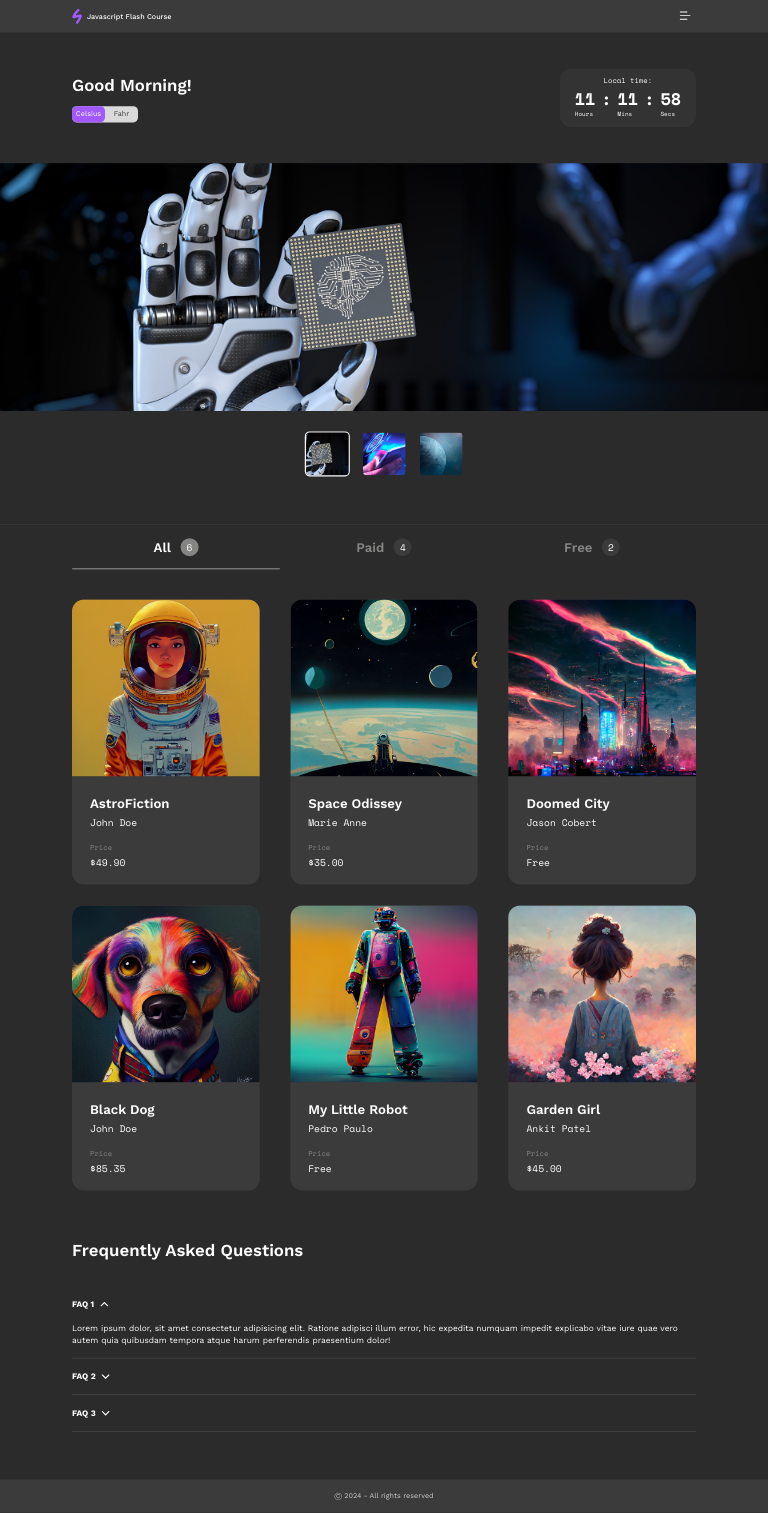
Repository: GettieSirma/JAVASCRIPT-TEST
Page: index.html
These files come from the project's save history. The page is drawn as it stood at one moment and after the next save; the edit follows.
The browser window is 1280 px wide. The pictures show the whole page, at 60% of full size.

Above is the page before, as saved 2024-04-26 10:40:10.

After the next save:
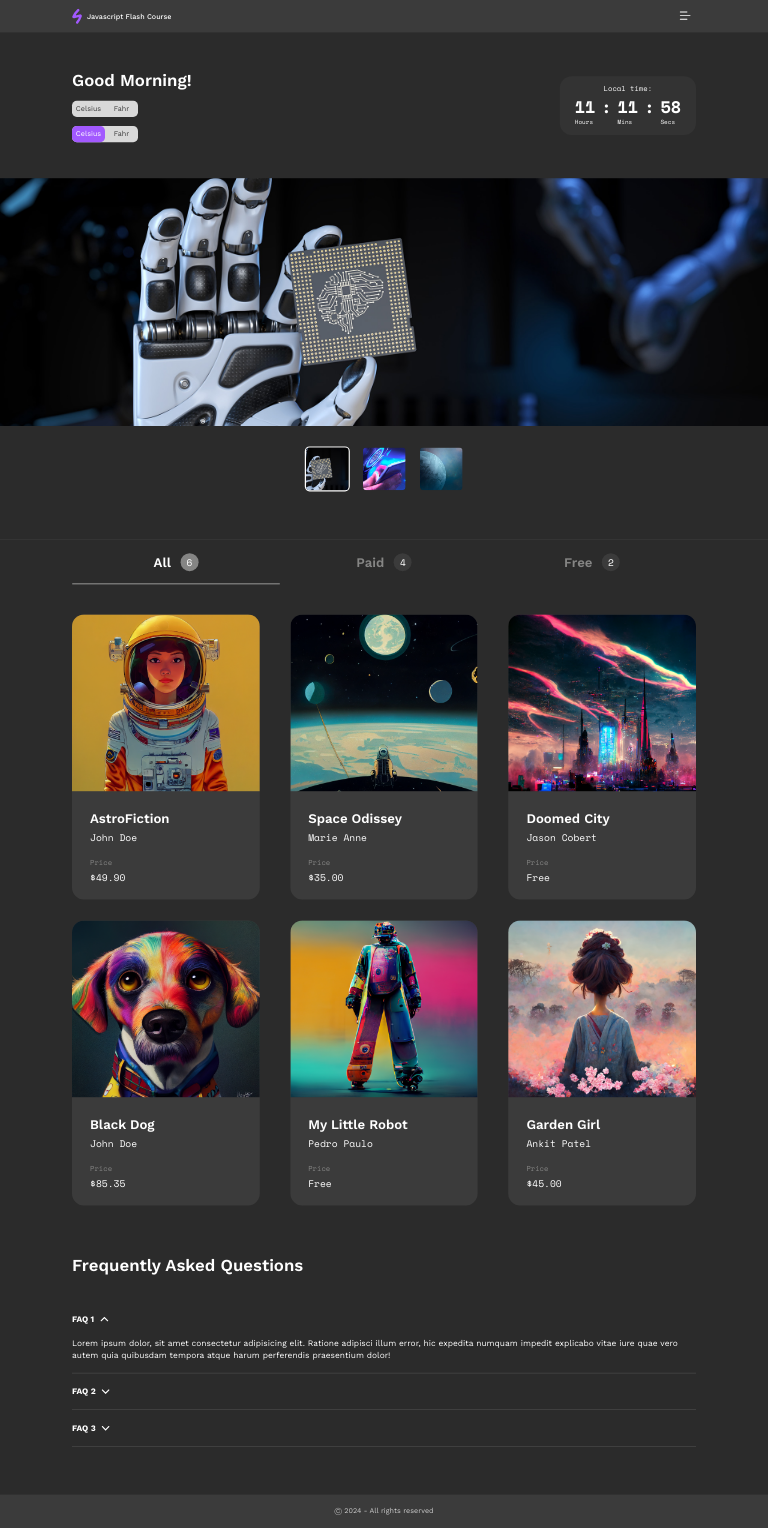
Saved 16 min 58 s later.
--- a/index.html
+++ b/index.html
@@ -110,7 +110,14 @@
         <section id="home" class="container greeting-section">
             <div class="left-side">
                 <h1 id="greeting">Good Afternoon!</h1>
-
+                <div id="weather"></div>
+
+                <div class="weather-group">
+                    <input type="radio" checked="true" id="celsius" name="temperature" />
+                    <label for="celsius">Celsius</label>
+                    <input type="radio" id="fahr" name="temperature" />
+                    <label for="fahr">Fahr</label>
+                </div>
                 <div class="weather-group">
                     <input type="radio" checked="true" id="celsius" name="temperature" />
                     <label for="celsius">Celsius</label>
